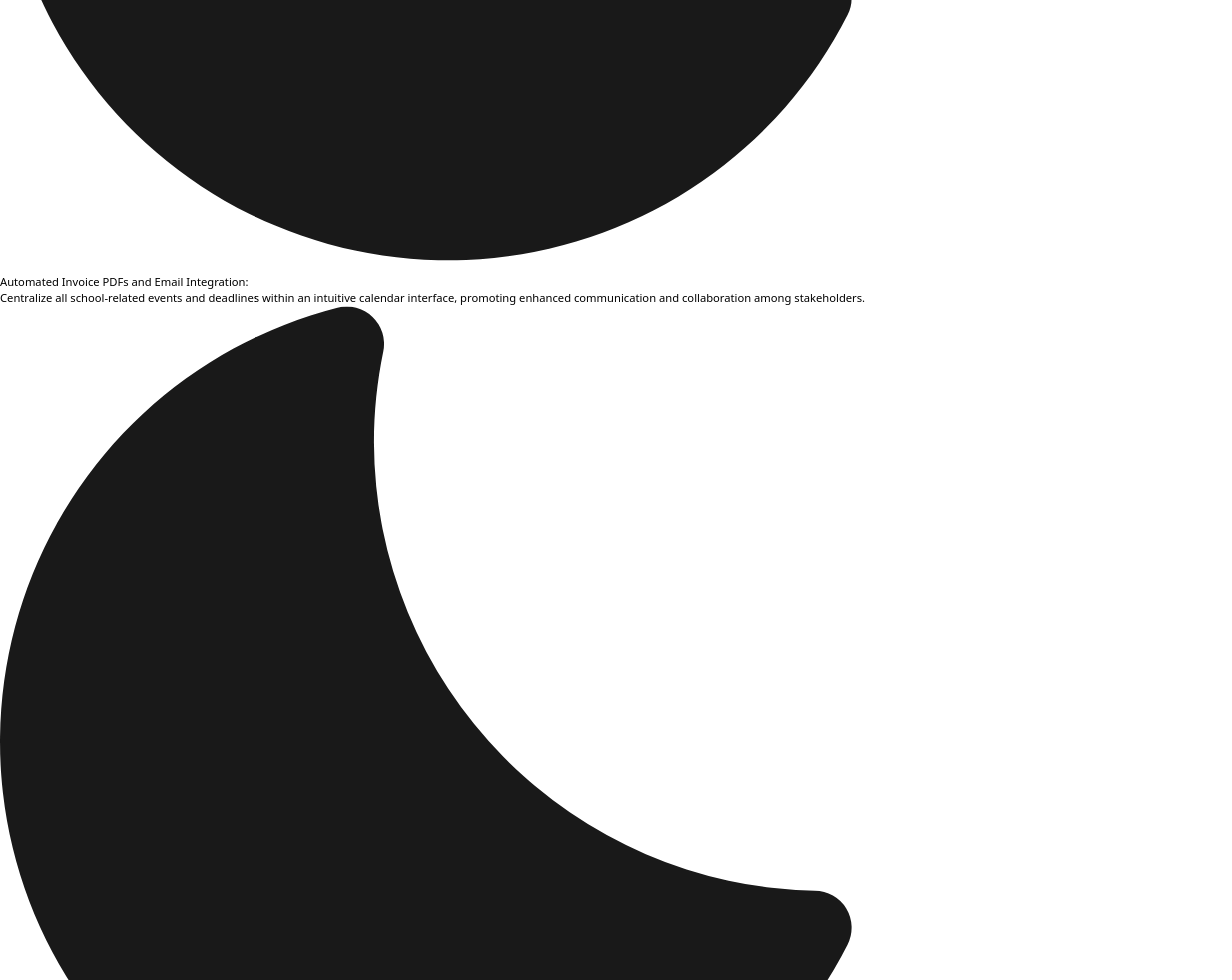
Repository: BarrySong97/flysky-landing
Page: /
These files come from the project's save history. The page is drawn as it stood at one moment and after the next save; the edit follows.
The browser window is 1280 px wide. The page is 1760 px wide, so the pictures cover 1760 px, including what lies to the right of the window. The pictures show the part of the page from y = 5100 to 6500 px (the page is 23727 px tall before and 23751 px after), at 70% of full size.
The project was rebuilt for these pictures with package versions that can differ from the ones it lists, and the page was loaded fresh each time. Also part of the build but not shown: vite.config.js, src/partials/Banner.jsx, src/pages/SignIn.jsx, src/pages/SignUp.jsx, src/pages/ResetPassword.jsx.

Above is the page before, as saved 2023-12-10 09:45:21.

After the next save:
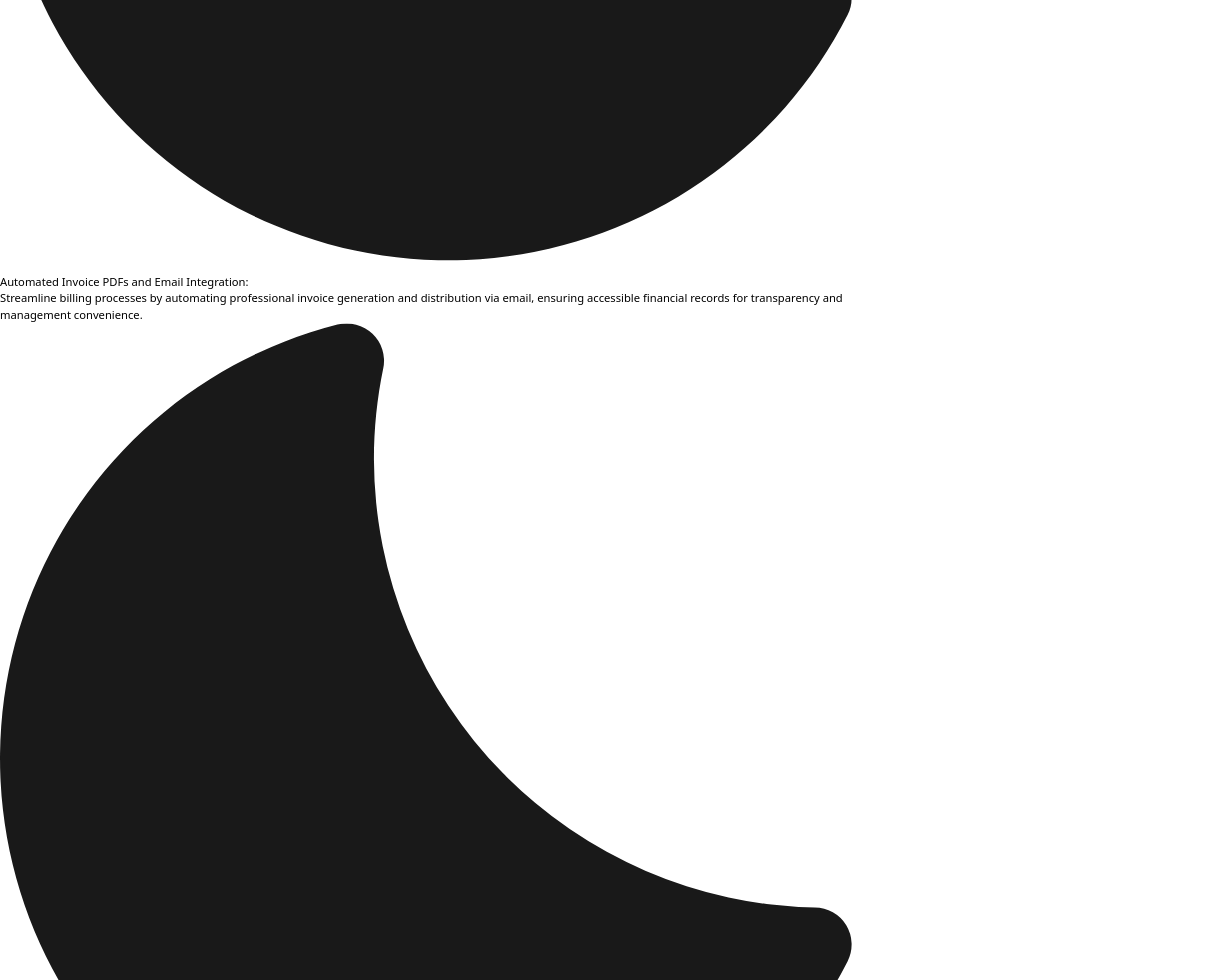
Saved 13 s later.
--- a/src/partials/Features.jsx
+++ b/src/partials/Features.jsx
@@ -174,9 +174,10 @@ function Features() {
                       Automated Invoice PDFs and Email Integration:
                     </div>
                     <div className="text-gray-600">
-                      Centralize all school-related events and deadlines within
-                      an intuitive calendar interface, promoting enhanced
-                      communication and collaboration among stakeholders.
+                      Streamline billing processes by automating professional
+                      invoice generation and distribution via email, ensuring
+                      accessible financial records for transparency and
+                      management convenience.
                     </div>
                   </div>
                   <div className="flex justify-center items-center w-8 h-8 bg-white rounded-full shadow flex-shrink-0 ml-3">
